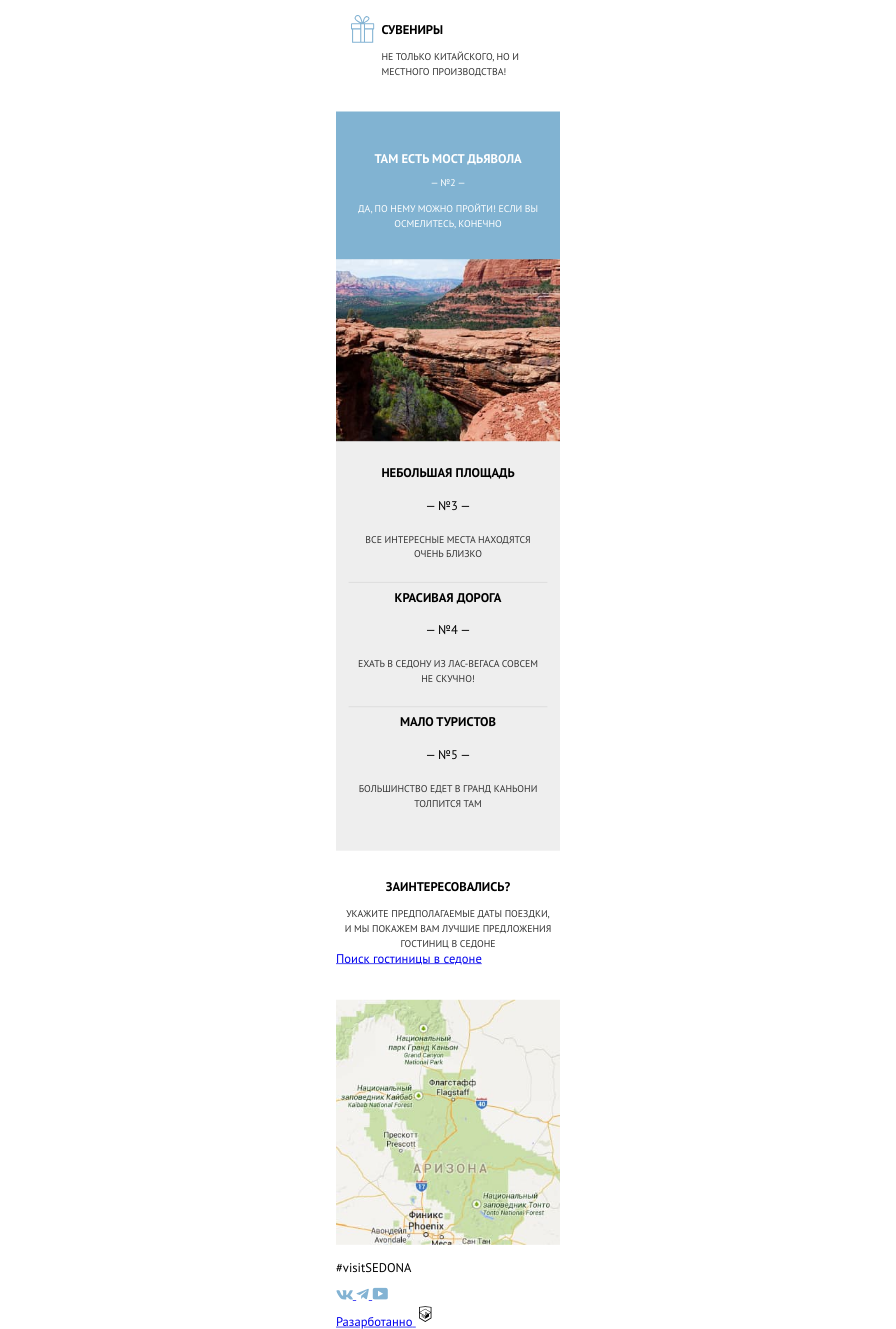
Repository: iKrekus/2149661-sedona-27
Page: source/index.html
The author's editor kept a copy of each file at every save. The page is drawn from the files as they stood at one save, then again after the next save.
The browser window is 1280 px wide. The pictures show the part of the page from y = 1366 to 3286 px (the page is 3265 px tall before and 3286 px after), at 70% of full size.
The style sheet was rebuilt from its Sass, Less or Tailwind sources for each picture, by a compiler version that may differ from the author's.

Above is the page before, as saved 2022-12-05 12:59:47.

After the next save:
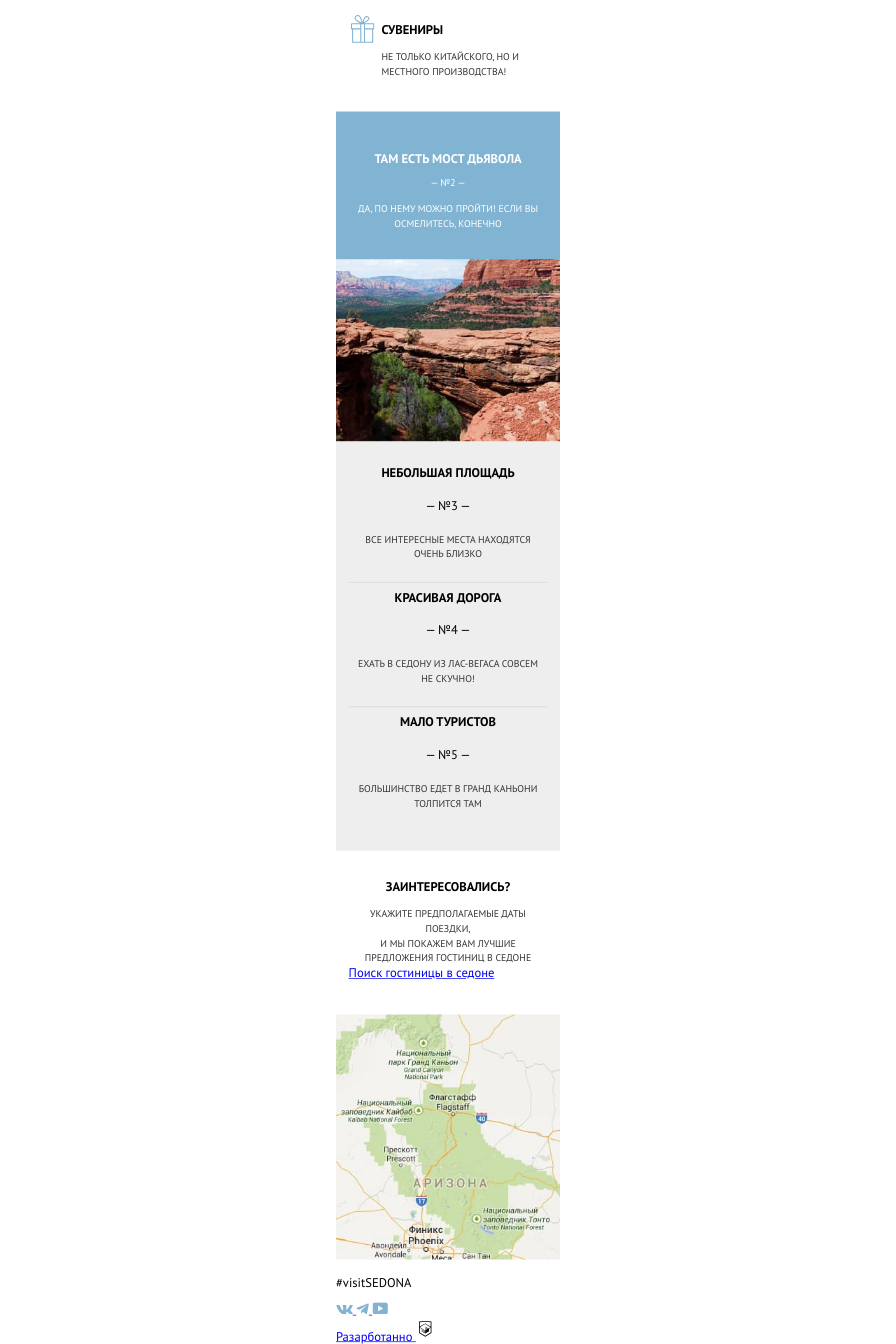
Saved 2 s later.
--- a/source/sass/blocks/body/action-form.scss
+++ b/source/sass/blocks/body/action-form.scss
@@ -2,8 +2,7 @@
 @use "../variables.scss" as var;
 
 .action-form {
-  padding-top: 38px;
-  padding-bottom: 49px;
+  padding: 38px 18px 49px;
 }
 
 .action-form__title {
